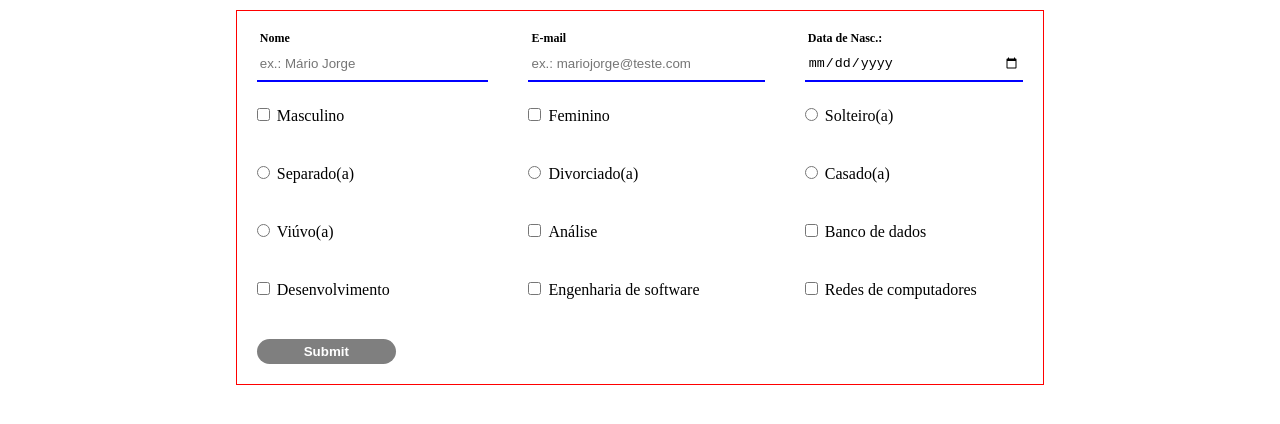
Repository: mjRibeiroTriscal/UVA_Projects
Page: Proj_A1_AVA2_2020_1/index.html
These files come from the project's save history. The page is drawn as it stood at one moment and after the next save; the edit follows.
The browser window is 1280 px wide. The pictures show the whole page.

Above is the page before, as saved 2020-03-13 11:47:11.

After the next save:
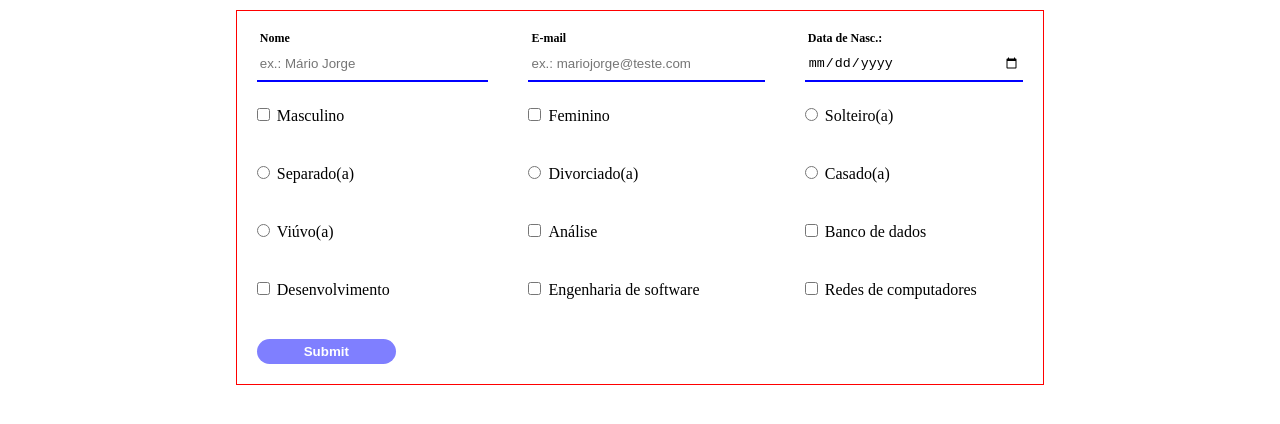
Saved 8 s later.
--- a/Proj_A1_AVA2_2020_1/style.css
+++ b/Proj_A1_AVA2_2020_1/style.css
@@ -56,7 +56,7 @@ input[type=submit] {
     padding: 5px;
     color: #FFF;
     font-weight: bold;
-    background-color: rgba(0, 0, 0, 0.5);
+    background-color: rgba(0, 0, 255, 0.5);
     border-radius: 50px;
 }
 
